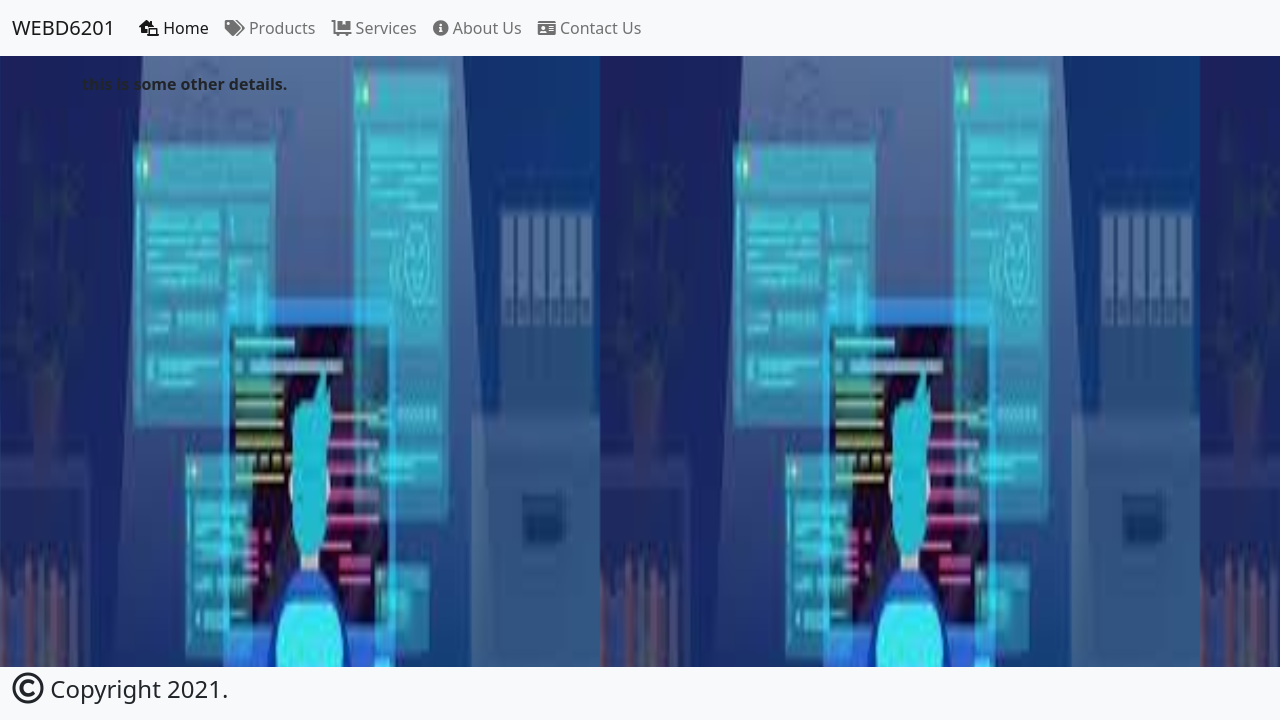
Repository: MuzhdaEhsan/WEBD6201-W2021-Lab1
Page: index.html
An editor plug-in stored every save of this project. The page is shown before and after the next save, followed by the edit.
The browser window is 1280 px wide. The pictures show the whole page.

Above is the page before, as saved 2021-02-05 20:39:40.

### index.html
<!DOCTYPE html>
<html lang="en">
<head>
    <meta charset="UTF-8">
    <meta name="viewport" content="width=device-width, initial-scale=1.0">
    <title>Home</title>
    <!-- CSS Section -->
    <link rel="stylesheet" href="./node_modules/bootstrap/dist/css/bootstrap.min.css">
    <link rel="stylesheet" href="./node_modules/@fortawesome/fontawesome-free/css/all.min.css">
    <link rel="stylesheet" href="./Content/app.css">


</head>
<body>


    <!-- Main Header -->
    <header>

        <!-- Main Navigation -->
        <nav class="navbar navbar-expand-lg navbar-light bg-light">
            <div class="container-fluid">
              <a class="navbar-brand" href="index.html">WEBD6201</a>
              <button class="navbar-toggler" type="button" data-bs-toggle="collapse" data-bs-target="#navbarSupportedContent" aria-controls="navbarSupportedContent" aria-expanded="false" aria-label="Toggle navigation">
                <span class="navbar-toggler-icon"></span>
              </button>
              <div class="collapse navbar-collapse" id="navbarSupportedContent">
                <ul class="navbar-nav me-auto mb-2 mb-lg-0">
                  <li class="nav-item">
                    <a class="nav-link active" aria-current="page" href="index.html"><i class="fas fa-laptop-house"></i> Home</a>
                  </li>

                  <li class="nav-item">
                    <a class="nav-link" aria-current="page" href="projects.html"><i class="fas fa-tags"></i> Products</a>
                  </li>

                  <li class="nav-item">
                    <a class="nav-link" aria-current="page" href="services.html"><i class="fas fa-dolly-flatbed"></i> Services</a>
                  </li>

                  <li class="nav-item">
                    <a class="nav-link" aria-current="page" href="about.html"><i class="fas fa-info-circle"></i> About Us</a>
                  </li>

                  <li class="nav-item">
                    <a class="nav-link" aria-current="page" href="contact.html"><i class="fas fa-id-card"></i> Contact Us</a>
                  </li>
                </ul>
              </div>
            </div>
          </nav>

    </header>

    <!-- Main Content -->
    <main class="container">
        <h1></h1>
        <p id="paragraphOne"></p>
        <div id="myDiv"></div>

    </main>

    <!-- Main Footer -->
    <footer>
        <nav class="navbar fixed-bottom navbar-light bg-light">
            <div class="container-fluid">
              <h4><i class="far fa-copyright fa-lg"></i> Copyright 2021.</h4>
            </div>
          </nav>
    </footer>

    <!-- Script Section-->
    <script src="./node_modules/jquery/dist/jquery.min.js"></script>
    <script src="./node_modules/bootstrap/dist/js/bootstrap.bundle.min.js"></script>
    <script src="./Scripts/app.js"></script>
</body>
</html>

### Scripts/app.js
/*
@author: Muzhda Ehsan
@date: 27-Jan-2021
*/
/* custom JavaScript goes here */

//IIFE - Immediately Invoked Function Expression
//AKA - Anonymous Self-Executing Function
//Closure - limits scope leak

"use strict";

let myContact =
{
  "firstName":"Muzhda",
  "contactNumber":"234234",
  "emailAddress":"muzhda@gmail.com",
  "saysHello":function()
  {
    console.log(`${fullName} says Hello`);
  },
  "someOtherObject": {
    "friendsList": [
      "Peter Parker", "Tony Stark", "Stephen Strange"
    ]
  }
};


(function()
{
    function displayHome()
    {
      let imageSize = "600px 1200px";
      let imageUrl2 = `url('./download.jpg')`;
      //document.body.style.backgroundImage = "url('./download.jpg')";
      let bodyImage = document.body.style;
      bodyImage.backgroundSize = imageSize;
      bodyImage.backgroundImage = imageUrl2;
        //let paragraphOneText =
         // "This is a simple site to demonstrate DOM Manipulation for ICE 1";

        //let paragraphOneElement = document.getElementById("paragraphOne");

        //paragraphOneElement.textContent = paragraphOneText;
        //paragraphOneElement.className = "fs-5";

        // Step 1. document.createElement
        let newParagraph = document.createElement("p");
        // Step 2. configure the element
        //newParagraph.setAttribute("id", "paragraphTwo");
        //newParagraph.textContent = "...And this is paragraph two";
        // Step 3. select the parent element
        let mainContent = document.getElementsByTagName("main")[0];
        // Step 4. Add / Insert the element
         mainContent.appendChild(newParagraph);

        //newParagraph.className = "fs-6";

        // another way of injecting content
        //let paragraphDiv = document.createElement("div");
        //let paragraphThree = `<p id="paragraphThree" class="fs-7 fw-bold">And this is the Third Paragraph</p>`;
        //paragraphDiv.innerHTML = paragraphThree;

        // insertions

        // example of inserting before a node
        //newParagraph.before(paragraphDiv);

        // example of inserting after a node
        //newParagraph.after(paragraphDiv);


        // add image
        //let image = document.createElement("div");
        //let imageUrl = `<img src="./download.jpg" alt="Girl in a jacket" width="500" height="600">`;
        //image.innerHTML = imageUrl
        //newParagraph.before(image);

        // paragraph details
        let paragraphMain = document.createElement("div");
        let paragraphIndex = `<p id="mainParagraph" class="fs-7 fw-bold">this is some other details.</p>`;
        paragraphMain.innerHTML = paragraphIndex;

        newParagraph.before(paragraphMain);


        // deletions

        // example of removing a single element
        //paragraphOneElement.remove();

        // example of removeChild
        //mainContent.removeChild(paragraphOneElement);

        // update / modification
        //mainContent.firstElementChild.textContent = "Welcome Home!";

        //mainContent.innerHTML = `<h1 id="firstHeading">Welcome to WEBD6201 - Lab 2</h1>`;


    }

    function displayAbout()
    {

    }

    function displayProjects()
    {

    }

    function displayServices()
    {

    }

    function displayContact()
    {
        let messageArea = document.getElementById("messageArea");
        messageArea.hidden = true;

        // form validation
        let fullName = document.getElementById("fullName");
        fullName.addEventListener("blur", function() {
            if(fullName.value.length < 2)
            {
                fullName.focus();
                fullName.select();
                messageArea.hidden = false;
                messageArea.className = "alert alert-danger";
                messageArea.textContent = "Please enter an appropriate Name";
            }
            else
            {
                messageArea.removeAttribute("class");
                messageArea.hidden = true;
            }
        });

        let sendButton = document.getElementById("sendButton");
        sendButton.addEventListener("click", function(event){
           // event.preventDefault();

            let contact = new Contact(fullName.value, contactNumber.value, emailAddress.value);

            if(contact.serialize())
            {
              localStorage.setItem((localStorage.length + 1).toString(), contact.serialize());

            }

            //console.log(contact.toString());
            //console.log(contact.serialize());
        });
    }

    function displayContactList()
    {
      if (localStorage.length > 0)
      {
        let contactList = document.getElementById("contactList");

        let data = "";

        for (let index = 0; index < localStorage.length; index++)
        {
          let contactData = localStorage.getItem((index + 1).toString());

          console.log(contactData);
          let contact = new Contact();
          contact.deserialize(contactData);

          data += `<tr>
          <th scope="row">${index + 1}</th>
          <td>${contact.FullName}</td>
          <td>${contact.ContactNumber}</td>
          <td>${contact.EmailAddress}</td>
        </tr>`;
        }

        contactList.innerHTML = data;
      }


    }

    function Start()
    {
        console.log("App Started...");

        switch (document.title)
        {
          case "Home":
              displayHome();
            break;
          case "About":
              displayAbout();
            break;
          case "Projects":
              displayProjects();
            break;
          case "Services":
              displayServices();
            break;
          case "Contact":
              displayContact();
            break;
            case "Contact-List":
              displayContactList();
            break;
        }

    }

    window.addEventListener("load", Start);

})();

Loaded but not shown: node_modules/bootstrap/dist/css/bootstrap.min.css (library); node_modules/@fortawesome/fontawesome-free/css/all.min.css (library); Content/app.css (common file); node_modules/jquery/dist/jquery.min.js (library); node_modules/bootstrap/dist/js/bootstrap.bundle.min.js (library)

After the next save:
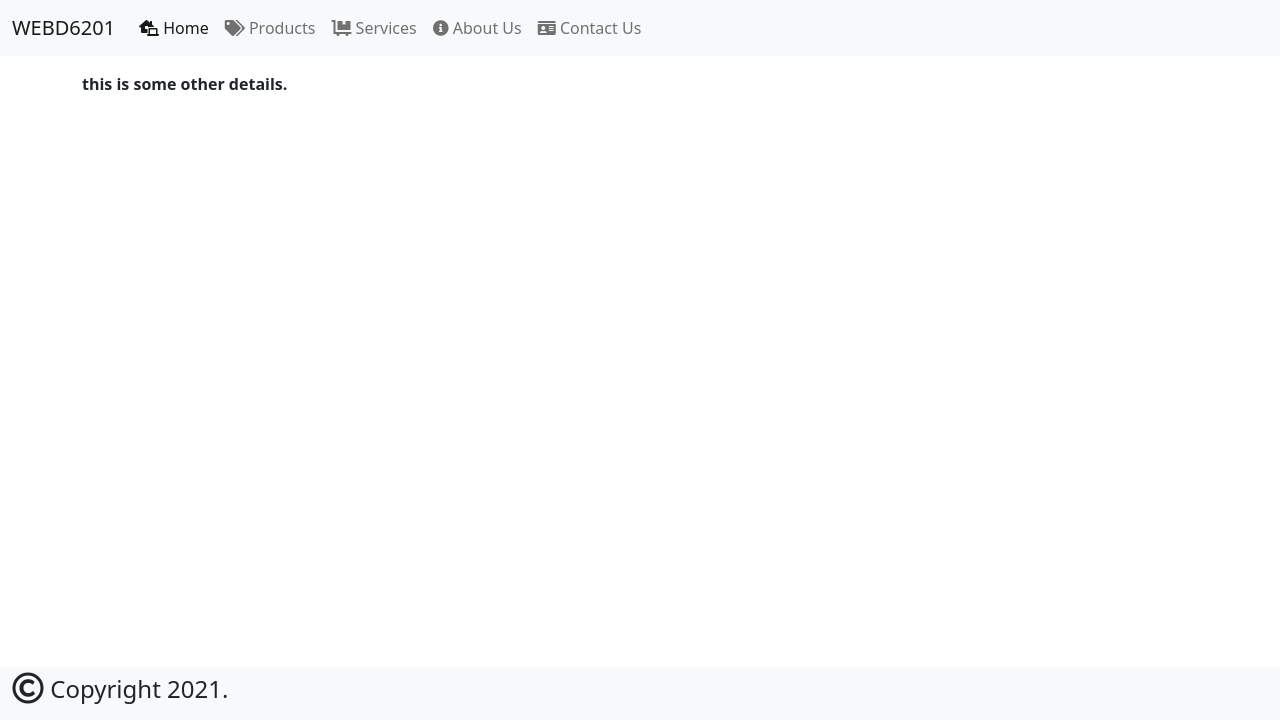
Not found: background.jpg
Saved 4 min 36 s later.
--- a/Scripts/app.js
+++ b/Scripts/app.js
@@ -32,7 +32,7 @@
     function displayHome()
     {
       let imageSize = "600px 1200px";
-      let imageUrl2 = `url('./download.jpg')`;
+      let imageUrl2 = `url('./background.jpg')`;
       //document.body.style.backgroundImage = "url('./download.jpg')";
       let bodyImage = document.body.style;
       bodyImage.backgroundSize = imageSize;

After the save that followed:
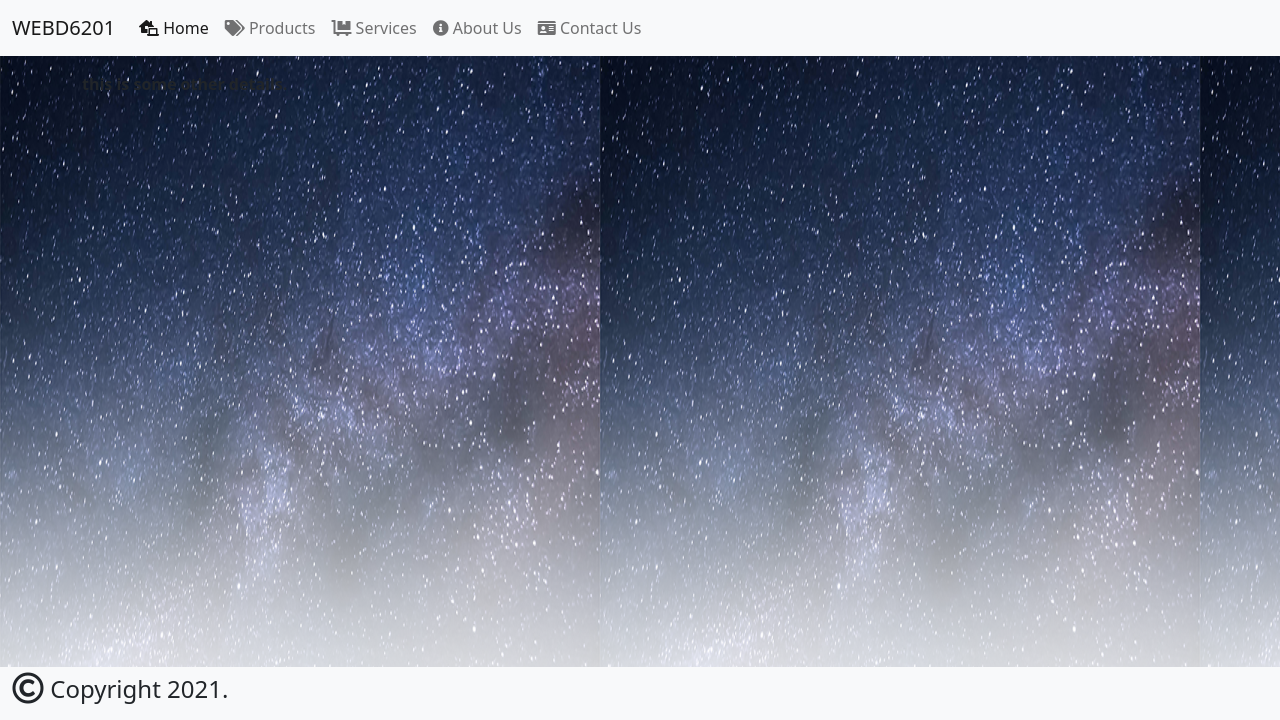
Saved 10 s later.
--- a/Scripts/app.js
+++ b/Scripts/app.js
@@ -32,7 +32,7 @@
     function displayHome()
     {
       let imageSize = "600px 1200px";
-      let imageUrl2 = `url('./background.jpg')`;
+      let imageUrl2 = `url('./background.png')`;
       //document.body.style.backgroundImage = "url('./download.jpg')";
       let bodyImage = document.body.style;
       bodyImage.backgroundSize = imageSize;
